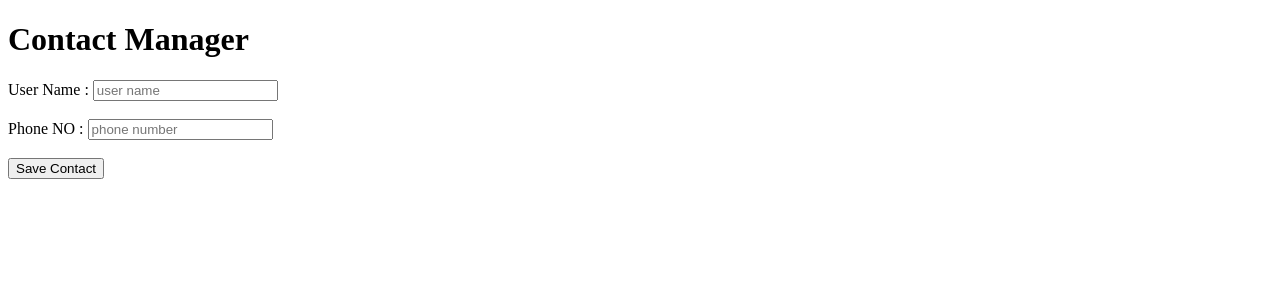
Repository: suraj-repositories/java-practice-2-advance-java-1
Page: http://localhost/Ad_19_Cockiee_disabled_contactSession/
These files come from the project's save history. The page is drawn as it stood at one moment and after the next save; the edit follows.
The browser window is 1280 px wide. The pictures show the whole page.
The page is served by Tomcat 9. Other server files are loaded and not shown.

Above is the page before, as saved 2023-07-25 13:41:18.

### Ad_19_Cockiee_disabled_contactSession/src/main/webapp/index.jsp
<%@ page language="java" contentType="text/html; charset=ISO-8859-1"
    pageEncoding="ISO-8859-1"%>
<!DOCTYPE html>
<html>
<head>
<meta charset="ISO-8859-1">
<title>Insert title here</title>
</head>
<body>
	<h1>Contact Manager</h1>


	<form action="save-contact" method="post">

	User Name : <input type="text" placeholder="user name" name="name">
	<br><br>
	Phone NO : <input type="number" name="number" placeholder="phone number">
	<br><br>
	<input type="submit" value="Save Contact">

	</form>
</body>
</html>

After the next save:
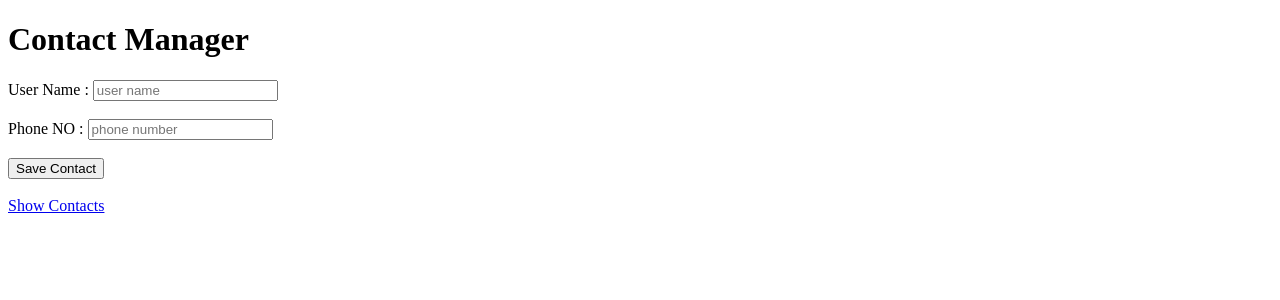
Saved 5 min 23 s later.
--- a/Ad_19_Cockiee_disabled_contactSession/src/main/webapp/index.jsp
+++ b/Ad_19_Cockiee_disabled_contactSession/src/main/webapp/index.jsp
@@ -17,7 +17,11 @@
 	Phone NO : <input type="number" name="number" placeholder="phone number">
 	<br><br>
 	<input type="submit" value="Save Contact">
+	<br><br>
+	</form>
 
-	</form>
+
+	<a href="show">Show Contacts</a>
+
 </body>
 </html>
